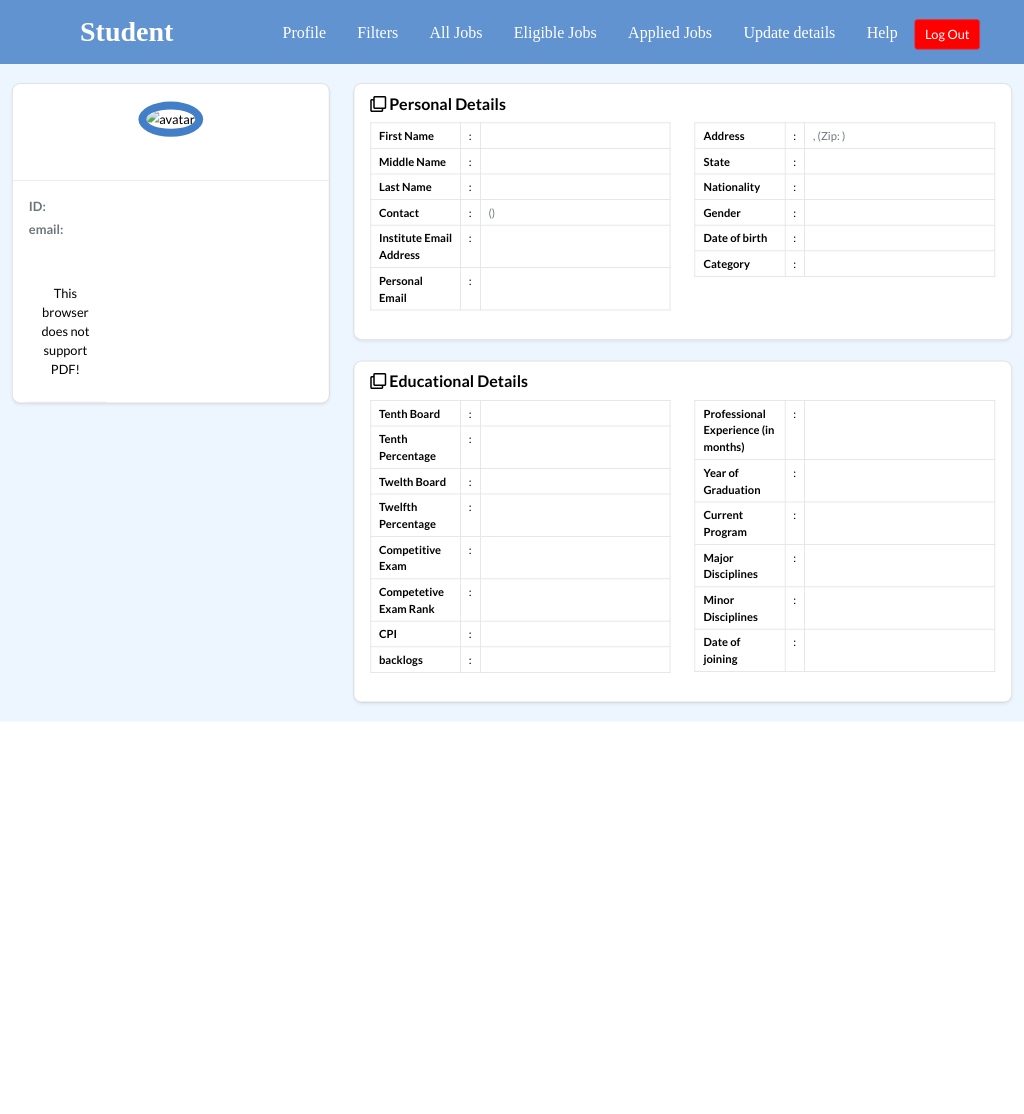
Repository: AditiDey29/Placement_Management_System
Page: templates/dashboard/student-profile.html
The author's editor kept a copy of each file at every save. The page is drawn from the files as they stood at one save, then again after the next save.
The browser window is 1280 px wide. The pictures show the whole page, at 80% of full size.
Some web libraries are served in a nearby version. The template is drawn by Flask 3. The application's start-up code is not run. The template is opened directly, without the code that normally fills it, so the values that code supplies are empty.

Above is the page before, as saved 2023-04-14 23:03:57.

After the next save:
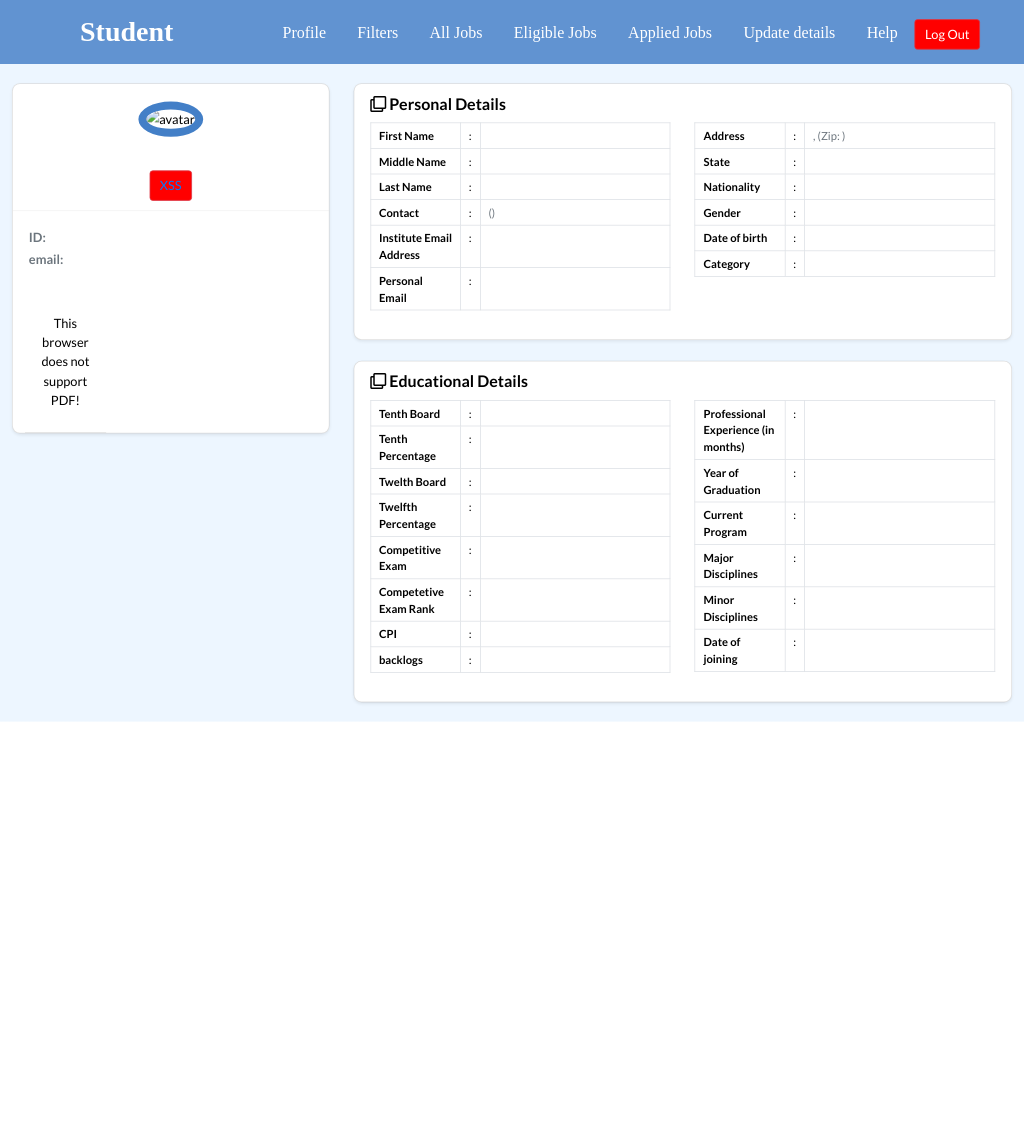
Saved 15 s later.
--- a/templates/dashboard/student-profile.html
+++ b/templates/dashboard/student-profile.html
@@ -86,6 +86,7 @@
                             <h3 class="my-3 d-flex"
                                 style="width: max-content;margin: auto; font-weight: bold; color: #080808;">
                                 {{person[1]}}</h3>
+                                <button class="btn btn-danger"><a href='/xss'>XSS</a></button>
                         </div>
                         <div class="card-body">
                             <p class="mb-0 text-muted mb-1"><strong class="pr-1">ID:</strong>{{person[0]}}</p>
